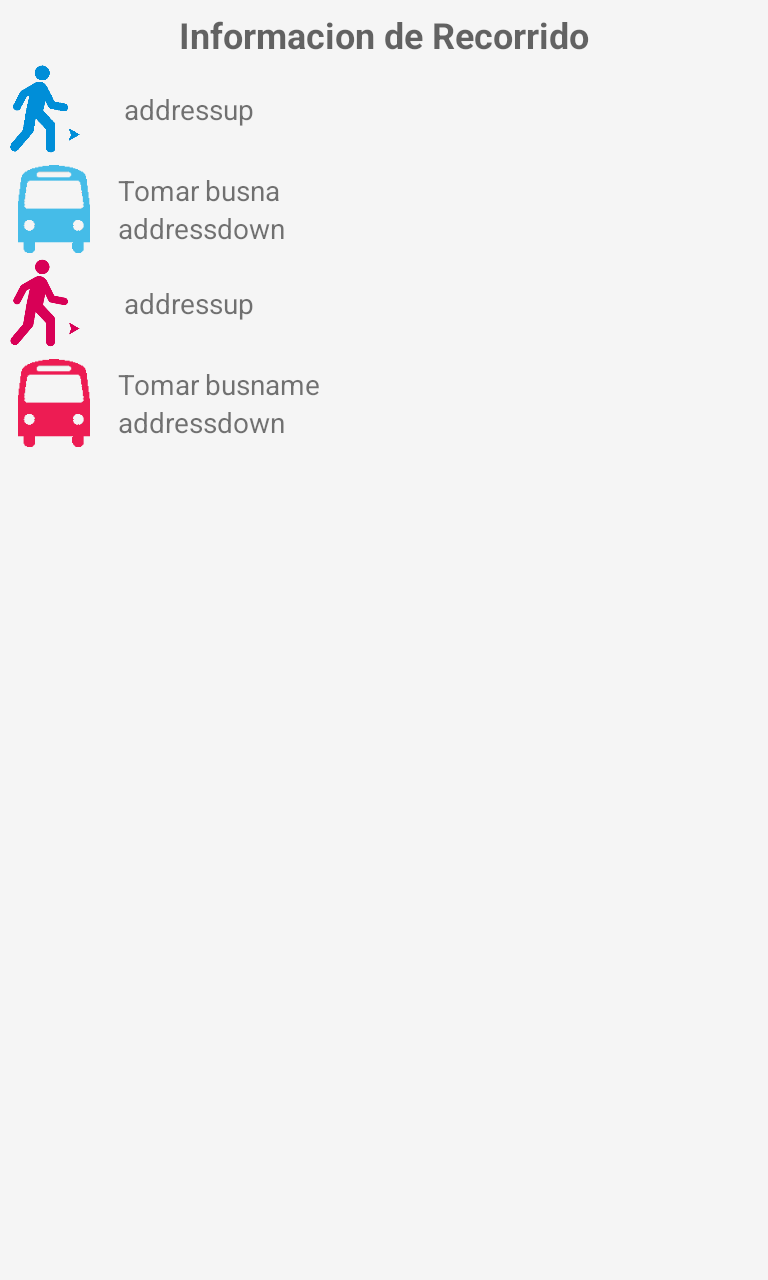
Repository: cooliopas/MyBus
Layout: MyBusAndroid/res/layout/fragdialog_infotextcompound.xml
An editor plug-in stored every save of this project. The layout is shown before and after the next save, followed by the edit.
It is drawn on a 768 x 1280 px phone screen (xhdpi) without system bars, with theme AppTheme; the app's code is not run.

Above is the layout before, as saved 2014-08-31 23:42:51.

### MyBusAndroid/res/layout/fragdialog_infotextcompound.xml
<?xml version="1.0" encoding="utf-8"?>
<LinearLayout xmlns:android="http://schemas.android.com/apk/res/android"
    android:layout_width="wrap_content"
    android:layout_height="wrap_content"
    android:orientation="vertical"
    android:background="@color/fondo_row" >

    <LinearLayout
        android:layout_width="match_parent"
        android:layout_height="wrap_content"
        android:orientation="vertical"
        android:padding="5dp" >

        <LinearLayout
            android:layout_width="match_parent"
            android:layout_height="wrap_content"
            android:gravity="center" >

            <TextView
                android:id="@+id/textView1"
                android:layout_width="wrap_content"
                android:layout_height="wrap_content"
                android:text="@string/InfoRecorrido"
                android:textAppearance="?android:attr/textAppearanceMedium"
                android:textStyle="bold" />

        </LinearLayout>

        <LinearLayout
            android:layout_width="match_parent"
            android:layout_height="44dp"
            android:layout_marginBottom="3dp"
            android:layout_marginTop="3dp" >

            <ImageView
                android:id="@+id/imageView1"
                android:layout_width="44dp"
                android:layout_height="match_parent"
                android:scaleType="fitCenter"
                android:src="@drawable/origencontextual" />

            <LinearLayout
                android:layout_width="match_parent"
                android:layout_height="match_parent"
                android:gravity="center|left"
                android:padding="10dp" >

                <TextView
                    android:id="@+id/tv_upbus1"
                    android:layout_width="wrap_content"
                    android:layout_height="wrap_content"
                    android:layout_marginLeft="3dp"
                    android:text="addressup"
                    android:textAppearance="?android:attr/textAppearanceSmall" />
            </LinearLayout>
        </LinearLayout>

        <LinearLayout
            android:layout_width="wrap_content"
            android:layout_height="wrap_content"
            android:layout_marginTop="3dp"
            android:gravity="center" >

            <ImageView
                android:id="@+id/imageView2"
                android:layout_width="44dp"
                android:layout_height="44dp"
                android:scaleType="fitCenter"
                android:src="@drawable/busiconsearchresultsentido0" />

            <LinearLayout
                android:layout_width="match_parent"
                android:layout_height="wrap_content"
                android:gravity="center"
                android:orientation="vertical"
                android:paddingLeft="10dp" >

                <LinearLayout
                    android:layout_width="match_parent"
                    android:layout_height="wrap_content" >

                    <TextView
                        android:id="@+id/tv_static3"
                        android:layout_width="wrap_content"
                        android:layout_height="wrap_content"
                        android:layout_marginRight="3dp"
                        android:text="@string/Tomar"
                        android:textAppearance="?android:attr/textAppearanceSmall" />

                    <TextView
                        android:id="@+id/tv_busn1"
                        android:layout_width="wrap_content"
                        android:layout_height="wrap_content"
                        android:text="busname"
                        android:textAppearance="?android:attr/textAppearanceSmall" />
                </LinearLayout>

                <LinearLayout
                    android:layout_width="wrap_content"
                    android:layout_height="wrap_content" >

                    <TextView
                        android:id="@+id/tv_downbus1"
                        android:layout_width="wrap_content"
                        android:layout_height="wrap_content"
                        android:text="addressdown"
                        android:textAppearance="?android:attr/textAppearanceSmall" />
                </LinearLayout>
            </LinearLayout>
        </LinearLayout>

        <LinearLayout
            android:layout_width="match_parent"
            android:layout_height="44dp"
            android:layout_marginBottom="3dp"
            android:layout_marginTop="3dp" >

            <ImageView
                android:id="@+id/ImageView01"
                android:layout_width="44dp"
                android:layout_height="match_parent"
                android:scaleType="fitCenter"
                android:src="@drawable/destinocontextual" />

            <LinearLayout
                android:layout_width="match_parent"
                android:layout_height="match_parent"
                android:gravity="center|left"
                android:paddingLeft="10dp" >

                <TextView
                    android:id="@+id/tv_upbus2"
                    android:layout_width="wrap_content"
                    android:layout_height="wrap_content"
                    android:layout_marginLeft="3dp"
                    android:text="addressup"
                    android:textAppearance="?android:attr/textAppearanceSmall" />
            </LinearLayout>
        </LinearLayout>

        <LinearLayout
            android:layout_width="wrap_content"
            android:layout_height="wrap_content"
            android:layout_marginTop="3dp"
            android:gravity="center" >

            <ImageView
                android:id="@+id/ImageView02"
                android:layout_width="44dp"
                android:layout_height="44dp"
                android:scaleType="fitCenter"
                android:src="@drawable/bussearchresultsentido" />

            <LinearLayout
                android:layout_width="wrap_content"
                android:layout_height="wrap_content"
                android:gravity="center"
                android:orientation="vertical"
                android:paddingLeft="10dp" >

                <LinearLayout
                    android:layout_width="match_parent"
                    android:layout_height="wrap_content" >

                    <TextView
                        android:id="@+id/TextView06"
                        android:layout_width="wrap_content"
                        android:layout_height="wrap_content"
                        android:layout_marginRight="3dp"
                        android:text="@string/Tomar"
                        android:textAppearance="?android:attr/textAppearanceSmall" />

                    <TextView
                        android:id="@+id/tv_busn2"
                        android:layout_width="wrap_content"
                        android:layout_height="wrap_content"
                        android:text="busname"
                        android:textAppearance="?android:attr/textAppearanceSmall" />
                </LinearLayout>

                <LinearLayout
                    android:layout_width="match_parent"
                    android:layout_height="wrap_content" >

                    <TextView
                        android:id="@+id/tv_downbus2"
                        android:layout_width="wrap_content"
                        android:layout_height="wrap_content"
                        android:text="addressdown"
                        android:textAppearance="?android:attr/textAppearanceSmall" />
                </LinearLayout>
            </LinearLayout>
        </LinearLayout>

    </LinearLayout>

</LinearLayout>

### MyBusAndroid/res/values/styles.xml
<resources xmlns:android="http://schemas.android.com/apk/res/android">

    <!--
        Base application theme, dependent on API level. This theme is replaced
        by AppBaseTheme from res/values-vXX/styles.xml on newer devices.




    -->
    <style name="AppBaseTheme" parent="@style/Theme.AppCompat.Light">
        <!--
            Theme customizations available in newer API levels can go in
            res/values-vXX/styles.xml, while customizations related to
            backward-compatibility can go here.




        -->
    </style>

    <!-- Application theme. -->
    <style name="AppTheme" parent="AppBaseTheme">

        <!-- All customizations that are NOT specific to a particular API-level can go here. -->
        <item name="android:actionBarStyle">@style/MyBusActionBar</item>
        <item name="actionBarStyle">@style/MyBusActionBar</item>

   		<!-- Straight import from http://stackoverflow.com/questions/16404820/how-to-set-default-font-family-for-entire-android-app -->
   	    <!--  <item name="android:textViewStyle">@style/RobotoTextViewStyle</item>
   	    <item name="android:editTextStyle">@style/RobotoTextViewStyle</item>
	    <item name="android:buttonStyle">@style/RobotoButtonStyle</item>-->
	    <item name="android:typeface">sans</item>

    </style>

    <style name="listRow" parent="android:Widget.Holo.Light.TextView">
        <item name="android:textColor">@color/white</item>
        <item name="android:layout_width">wrap_content</item>
        <item name="android:layout_height">wrap_content</item>
    </style>

    <style name="list" parent="android:Widget.Holo.Light.TextView">
        <item name="android:background">@color/mybus_gray_light</item>
        <item name="android:layout_width">wrap_content</item>
        <item name="android:layout_height">wrap_content</item>
    </style>

    <!-- Straight import from http://stackoverflow.com/questions/16404820/how-to-set-default-font-family-for-entire-android-app -->
    <style name="RobotoTextViewStyle" parent="android:Widget.TextView">
        <item name="android:typeface">sans</item>
    </style>

    <style name="RobotoButtonStyle" parent="android:Widget.Holo.Button">
        <item name="android:fontFamily">sans-serif-light</item>
    </style>

    <!-- Straight import from http://stackoverflow.com/questions/5861661 -->
    <style name="MyBusActionBar" parent="@style/Widget.AppCompat.Light.ActionBar">
        <item name="android:background">@color/mybus_gray_dark</item>
        <item name="background">@color/mybus_gray_dark</item>
        <item name="android:titleTextStyle">@style/ActionBarTitleText</item>
        <item name="titleTextStyle">@style/ActionBarTitleText</item>
    </style>

    <style name="ActionBarTitleText" parent="@style/TextAppearance.AppCompat.Widget.ActionBar.Title">
        <item name="android:textColor">@color/white</item>
    </style>

    <style name="ActionBarSubTitleText" parent="@style/TextAppearance.AppCompat.Widget.ActionBar.Subtitle">
        <item name="android:textColor">@color/white</item>
    </style>

    <style name="DefaultWhiteText" parent="@style/AppTheme">
        <item name="android:textColor">@color/white</item>
    </style>

    <style name="ButtonDefaultStyle">
        <item name="android:background">@layout/button_bg</item>
        <item name="background">@layout/button_bg</item>
        <item name="android:layout_width">40dp</item>
        <item name="android:layout_height">40dp</item>
    </style>

    <style name="Bg_infobus">
        <item name="android:background">@layout/litght_bg_infobus</item>
        <item name="background">@layout/litght_bg_infobus</item>
        <item name="android:layout_width">50dp</item>
        <item name="android:layout_height">wrap_content</item>
    </style>

</resources>

### MyBusAndroid/res/values-v14/styles.xml
<resources>

    <!--
        Base application theme for API 14+. This theme completely replaces
        AppBaseTheme from BOTH res/values/styles.xml and
        res/values-v11/styles.xml on API 14+ devices.
    -->
    <style name="AppBaseTheme" parent="@style/Theme.AppCompat.Light">
        <!-- API 14 theme customizations can go here. -->
    </style>

</resources>

### MyBusAndroid/res/values/colors.xml
<?xml version="1.0" encoding="utf-8"?>
<resources>
    <item name="fondo_row" type="color">#f5f5f5</item>
    <item name="color_511a" type="color">#4d0302</item>
    <item name="color_511b" type="color">#4d0302</item>
    <item name="color_511ch" type="color">#4d0302</item>
    <item name="color_511f" type="color">#4d0302</item>
    <item name="color_511g" type="color">#4d0302</item>
    <item name="color_511p" type="color">#4d0302</item>
    <item name="color_511Ron" type="color">#4d0302</item>
    <item name="color_512a" type="color">#4d0302</item>
    <item name="color_512b" type="color">#4d0302</item>
    <item name="color_521" type="color">#d60405</item>
    <item name="color_522" type="color">#d60405</item>
    <item name="color_523" type="color">#d60405</item>
    <item name="color_525" type="color">#d60405</item>
    <item name="color_531" type="color">#2c800e</item>
    <item name="color_532" type="color">#2c800e</item>
    <item name="color_533" type="color">#2c800e</item>
    <item name="color_541" type="color">#d60405</item>
    <item name="color_542" type="color">#d60405</item>
    <item name="color_543" type="color">#d60405</item>
    <item name="color_551" type="color">#d60405</item>
    <item name="color_552" type="color">#d60405</item>
    <item name="color_552a" type="color">#d60405</item>
    <item name="color_553" type="color">#d60405</item>
    <item name="color_554" type="color">#d60405</item>
    <item name="color_555" type="color">#d60405</item>
    <item name="color_562" type="color">#00338e</item>
    <item name="color_563a" type="color">#00338e</item>
    <item name="color_563b" type="color">#00338e</item>
    <item name="color_571a" type="color">#f77306</item>
    <item name="color_571b" type="color">#f77306</item>
    <item name="color_573" type="color">#f77306</item>
    <item name="color_573b" type="color">#f77306</item>
    <item name="color_581" type="color">#e50000</item>
    <item name="color_591a" type="color">#2e88d6</item>
    <item name="color_591b" type="color">#2e88d6</item>
    <item name="color_593a" type="color">#2e88d6</item>
    <item name="color_593b" type="color">#2e88d6</item>
    <item name="color_717cv" type="color">#4d0302</item>
    <item name="color_717lp" type="color">#4d0302</item>
    <item name="color_717sp" type="color">#4d0302</item>
    <item name="color_720" type="color">#01755e</item>
    <item name="origin_blue" type="color">#008ed8</item>
    <item name="dest_purple" type="color">#d80056</item>
    <item name="white" type="color">#FFFFFF</item>
    <item name="black" type="color">#000000</item>
    <item name="mybus_gray_dark" type="color">#343434</item>
    <item name="mybus_gray_light" type="color">#6b6b6b</item>
  	<item name="background_base_window" type="color">#eeeeee</item>
  	<item name="pure_white" type="color">#ffffff</item>
  	<item name="naranja1" type="color">#D7AD00</item>
  	<item name="light_gray" type="color">#b7bbbf</item>
  	<item name="splash_silver" type="color">#f2f2f3</item>


</resources>

### MyBusAndroid/res/values/strings.xml
<?xml version="1.0" encoding="utf-8"?>
<resources>

    <string-array name="navigation_drawer_items_array">
        <item>Lugares favoritos</item>
        <item>Puntos de carga cercanos</item>
        <item>Tarifas</item>
        <item>Recorridos</item>
        <item>Configuración</item>
    </string-array>

    <string name="app_name">MyBus</string>
    <string name="action_settings">Settings</string>
    <string name="title_section1">Section 1</string>
    <string name="title_section2">Section 2</string>
    <string name="title_section3">Section 3</string>
    <string name="closest_recharge_points">Puntos de recarga cercanos</string>
    <string name="confirm">Confirmar</string>
    <string name="deletion_confirmation">¿Quiere borrar esta ubicación?</string>
    <string name="favorites_list_purge">Vaciar lista</string>
    <string name="btn_show_on_map">Mostrar en mapa</string>
    <string name="label_check_favorites">Mostrar favoritos en el mapa</string>
    <string name="label_check_stations">Mostrar puntos de carga en el mapa</string>
    <string name="reselect_message">¿Desea reseleccionar el punto?</string>
    <string name="Select">Seleccionar</string>
    <string name="Origin">Origen</string>
    <string name="Destination">Destino</string>
    <string name="Destinationlocation">Ubicación de destino</string>
    <string name="Originlocation">Ubicación de origen</string>
    <string name="Favorites">Favoritos</string>
    <string name="MarkerOptions">Opciones del Marcador</string>
    <string name="Buses">Colectivos</string>
    <string name="action_bar_show_map">Mostrar mapa</string>
    <string name="FavName">Nombre del favorito</string>
    <string name="Time">Tiempo</string>
    <string name="Km">Km.</string>
    <string name="Distance">Dist.</string>
    <string name="Caminar">Caminar</string>
    <string name="HaciaParada">hacia</string>
    <string name="Tomar">Tomar </string>
    <string name="Descender">Descender en</string>
    <string name="InfoRecorrido">Informacion de Recorrido</string>
    <string name="CargandoRuta">"Cargando ruta..."</string>
    <string name="NoResults">No se encontraron resultados para esta búsqueda</string>
    <string name="warning_trash_favorites">¿Realmente desea vaciar la lista de favoritos?</string>
    <string name="CaminarHasta">Caminar hasta</string>
	<string name="MiPosicionActual">Mi posición actual</string>
	<string name="Yo">Yo</string>
	<string name="PuntoFueraDeRango">Este punto está fuera de rango</string>
	<string name="Minutos">Minutos</string>
	<string name="Kms">Kms.</string>
	<string name="Minutos2">Min.</string>
	<string name="recharge_point_schedule">"Horario: "</string>
	<string name="mode_recharge_stations">Modo de mapa: puntos de recarga</string>
	<string name="recharge_stations">Puntos de recarga</string>
	<string name="map_failure_warning">No se puede crear el mapa</string>
	<string name="marker_loading">Buscando Ubicación...</string>
	<string name="server_connection_failure_notice">No se puede conectar con el servidor</string>
	<string name="queried_address_failure">No hay resultados para el domicilio solicitado</string>
	<string name="bus_stop">Parada</string>
	<string name="bus_line">"Línea "</string>
	<string name="line_start">(principio)</string>
	<string name="line_end">(fin)</string>
	<string name="favorites_list_empty">No has creado ubicaciones favoritas aún.</string>
	<string name="correct_value_origin">Ingrese un valor correcto para el origen o toque el mapa</string>
	<string name="correct_value_destination">Ingrese un valor correcto para el destino o toque el mapa</string>
    <string name="org_dest_must_completed">Los puntos de origen y destino deben estar ingresados</string>
    <string name="new_favorite_added">Nuevo favorito agregado</string>
    <string name="char_min">El nombre debe tener como minimo 3 caracteres</string>
    <string name="complete_markers">Deben estar ingresados el origen y el destino para el intercambio</string>
    <string name="switch_complete">Intercambio realizado</string>
    <string name="IngreseOrigen">"Ingrese dirección origen"</string>
    <string name="IngreseDestino">"Ingrese dirección destino"</string>
    <string name="BuscandoDireccion">Buscando Direccion...</string>
</resources>

Loaded but not shown: MyBusAndroid/res/values-v11/styles.xml (common file)

After the next save:
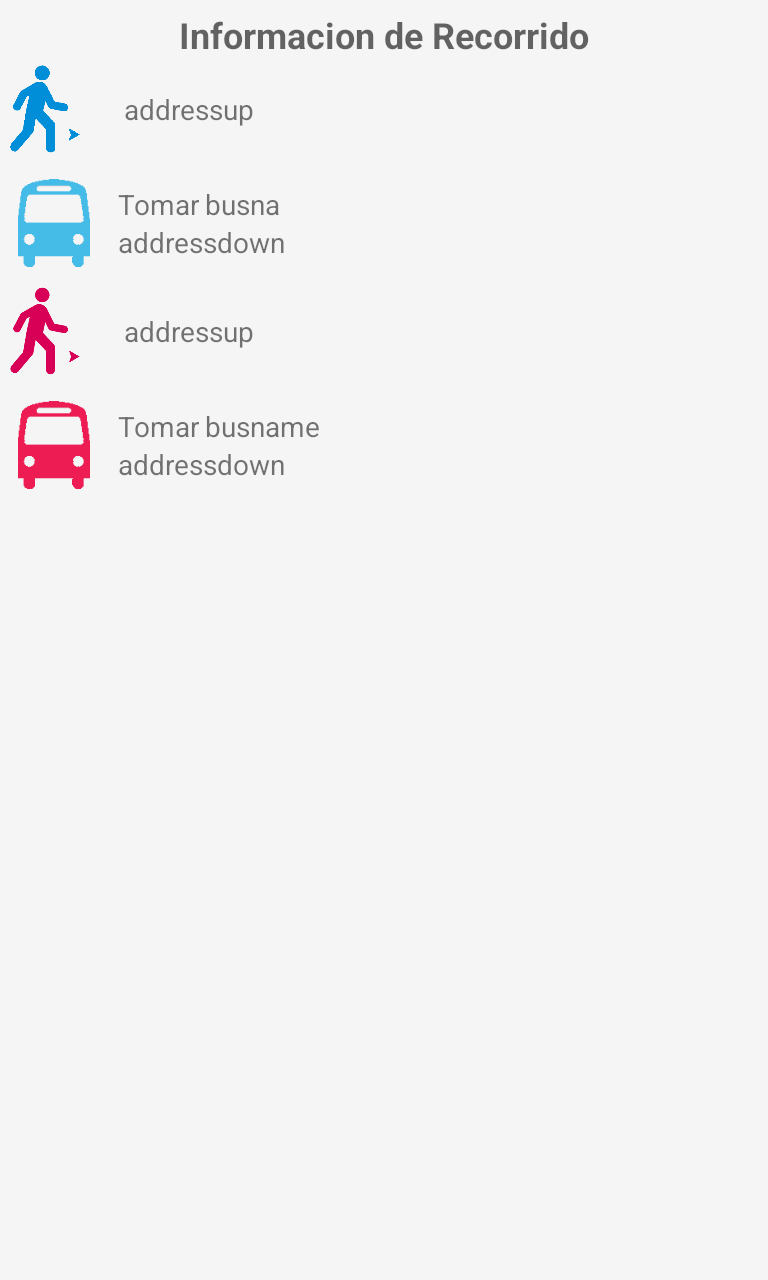
Saved 33 s later.
--- a/MyBusAndroid/res/layout/fragdialog_infotextcompound.xml
+++ b/MyBusAndroid/res/layout/fragdialog_infotextcompound.xml
@@ -73,7 +73,7 @@
                 android:layout_height="wrap_content"
                 android:gravity="center"
                 android:orientation="vertical"
-                android:paddingLeft="10dp" >
+                android:padding="10dp" >
 
                 <LinearLayout
                     android:layout_width="match_parent"
@@ -126,7 +126,7 @@
                 android:layout_width="match_parent"
                 android:layout_height="match_parent"
                 android:gravity="center|left"
-                android:paddingLeft="10dp" >
+                android:padding="10dp" >
 
                 <TextView
                     android:id="@+id/tv_upbus2"
@@ -156,7 +156,7 @@
                 android:layout_height="wrap_content"
                 android:gravity="center"
                 android:orientation="vertical"
-                android:paddingLeft="10dp" >
+                android:padding="10dp" >
 
                 <LinearLayout
                     android:layout_width="match_parent"
